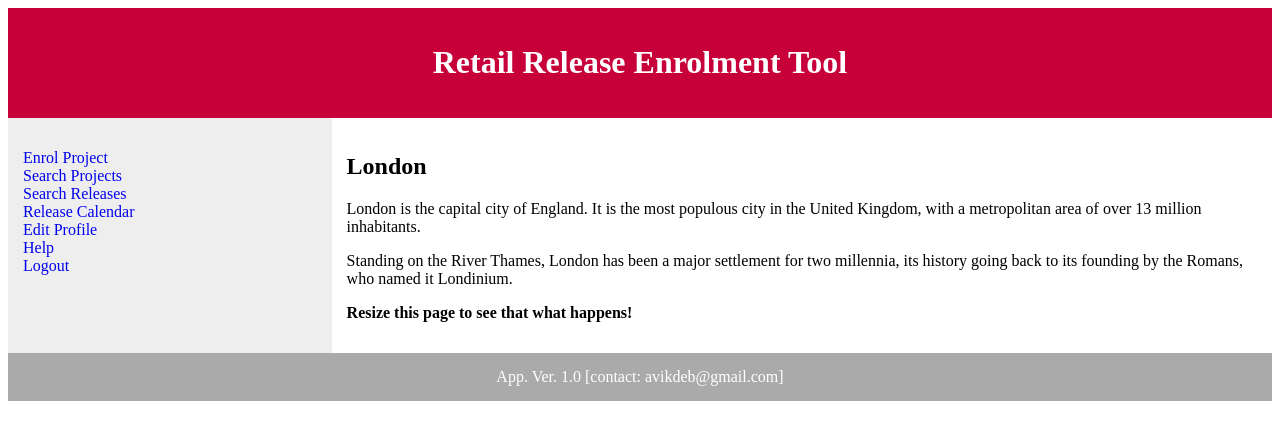
Repository: guribrar/enrolmentapp
Page: http://localhost/enrolmentapp/testlogin.jsp
An editor plug-in stored every save of this project. The page is shown before and after the next save, followed by the edit.
The browser window is 1280 px wide. The pictures show the whole page.
The page is served by Tomcat 9. Other server files are loaded and not shown.

Above is the page before, as saved 2016-12-31 14:40:48.

### enrolmentapp/WebContent/testlogin.jsp
<%@ page language="java" contentType="text/html; charset=ISO-8859-1"
    pageEncoding="ISO-8859-1"%>

<%@ taglib uri="http://java.sun.com/jsp/jstl/sql" prefix="sql" %>
<%@ taglib uri="http://java.sun.com/jsp/jstl/core" prefix="c" %>

<!DOCTYPE html>
<html>
<head>
<style>
.flex-container {
    display: -webkit-flex;
    display: flex;
    -webkit-flex-flow: row wrap;
    flex-flow: row wrap;
    text-align: center;
}

.flex-container > * {
    padding: 15px;
    -webkit-flex: 1 100%;
    flex: 1 100%;
}

.article {
    text-align: left;
}

header {background: #C70039;color:white;}
footer {background: #aaa;color:white;}
.nav {background:#eee;}

.nav ul {
    list-style-type: none;
    padding: 0;
}
.nav ul a {
    text-decoration: none;
}

@media all and (min-width: 768px) {
    .nav {text-align:left;-webkit-flex: 1 auto;flex:1 auto;-webkit-order:1;order:1;}
    .article {-webkit-flex:5 0px;flex:5 0px;-webkit-order:2;order:2;}
    footer {-webkit-order:3;order:3;}
}
</style>
</head>
<body>

<div class="flex-container">
<header>
  <h1>Retail Release Enrolment Tool</h1>
</header>

<nav class="nav">
<ul>
  <li><a href="#">Enrol Project</a></li>
  <li><a href="#">Search Projects</a></li>
  <li><a href="#">Search Releases</a></li>
  <li><a href="#">Release Calendar</a></li>
  <li><a href="#">Edit Profile</a></li>
  <li><a href="#">Help</a></li>
  <li><a href="#">Logout</a></li>
</ul>
</nav>

<article class="article">
  <h1>London</h1>
  <p>London is the capital city of England. It is the most populous city in the United Kingdom,
  with a metropolitan area of over 13 million inhabitants.</p>
  <p>Standing on the River Thames, London has been a major settlement for two millennia,
  its history going back to its founding by the Romans, who named it Londinium.</p>
  <p><strong>Resize this page to see that what happens!</strong></p>
</article>

<footer>App. Ver. 1.0 [contact: avikdeb@gmail.com]</footer>
</div>

</body>
</html>

After the next save:
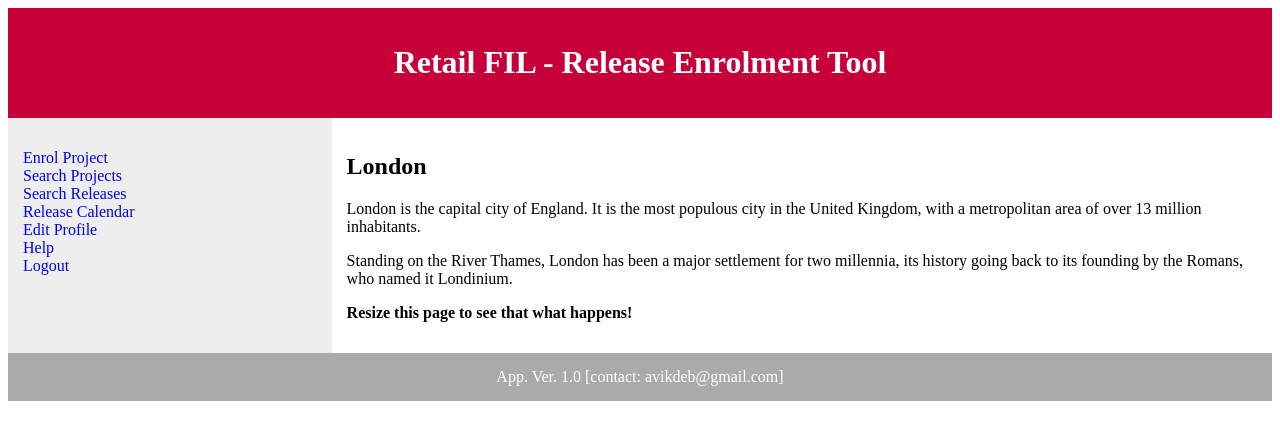
Saved 2 min 3 s later.
--- a/enrolmentapp/WebContent/testlogin.jsp
+++ b/enrolmentapp/WebContent/testlogin.jsp
@@ -49,7 +49,7 @@ footer {background: #aaa;color:white;}
 
 <div class="flex-container">
 <header>
-  <h1>Retail Release Enrolment Tool</h1>
+  <h1>Retail FIL - Release Enrolment Tool</h1>
 </header>
 
 <nav class="nav">
